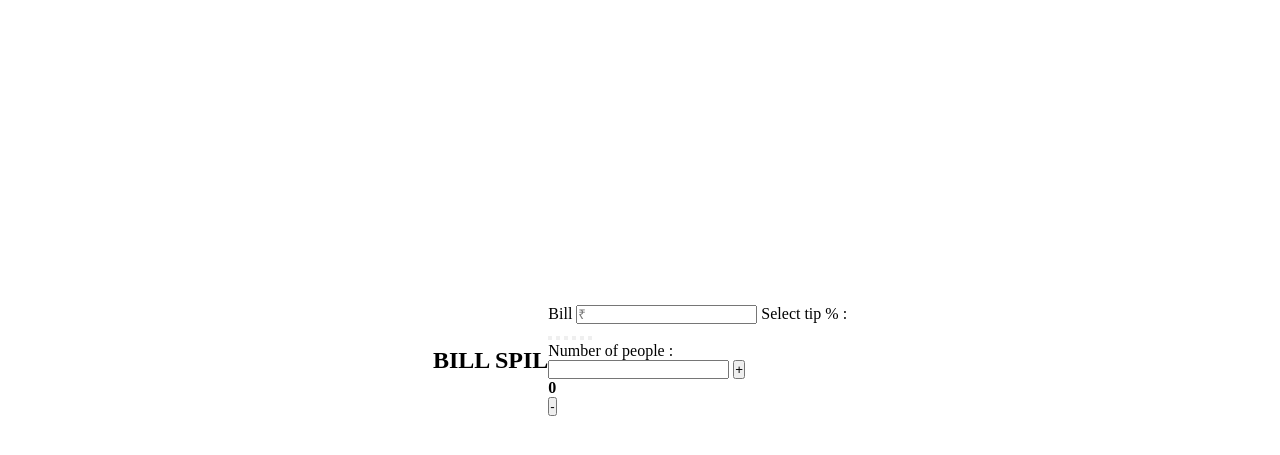
Repository: drumsmanku/micro-project-3
Page: index.html
An editor plug-in stored every save of this project. The page is shown before and after the next save, followed by the edit.
The browser window is 1280 px wide. The pictures show the whole page.

Above is the page before, as saved 2023-04-17 13:47:43.

After the next save:
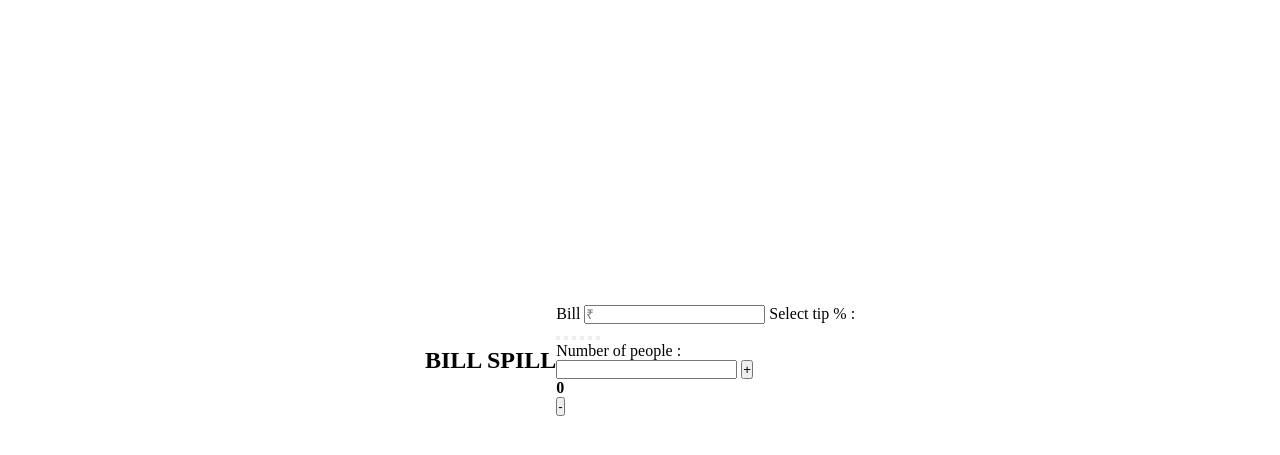
Saved 117 s later.
--- a/index.html
+++ b/index.html
@@ -9,7 +9,7 @@
 </head>
 <body>
   <main>
-    <h2>BILL SPIL</h2>
+    <h2>BILL SPILL</h2>
     <div class="entire-container">
       <div class="left-inside-container">
           <label for="amount">Bill</label>
